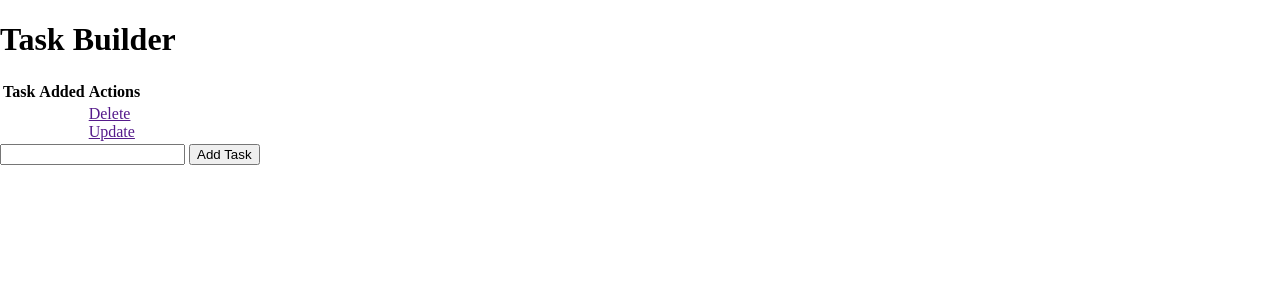
Repository: inno03/flask-test
Page: http://localhost/
The author's editor kept a copy of each file at every save. The page is drawn from the files as they stood at one save, then again after the next save.
The browser window is 1280 px wide. The pictures show the whole page.
The page is served by the project's application, run on Flask 3 (app.py). Queries for data that is not in the repository find no rows.

Above is the page before, as saved 2023-08-11 06:47:00.

After the next save:
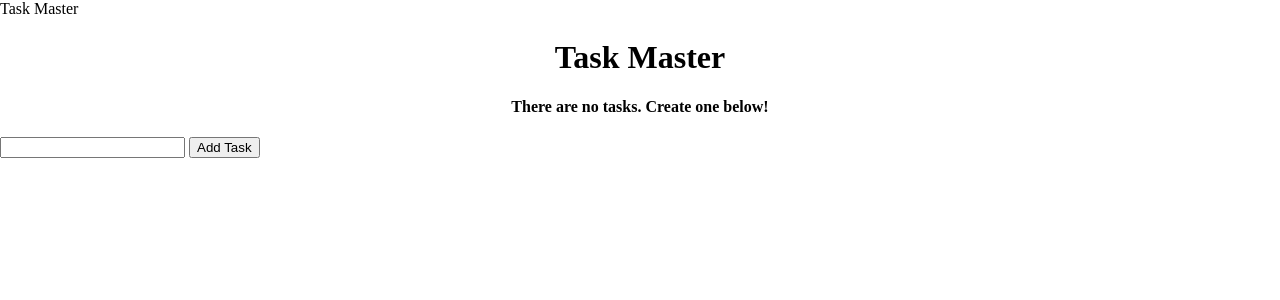
Saved 95 s later.
--- a/templates/index.html
+++ b/templates/index.html
@@ -1,33 +1,40 @@
- {% extends 'base.html' %}
+{% extends 'base.html' %}
 
 {% block head %}
-
+<title>Task Master</title>
 {% endblock %}
 
 {% block body %}
 <div class="content">
-  <h1>Task Builder</h1>
+    <h1 style="text-align: center">Task Master</h1>
+    {% if tasks|length < 1 %}
+    <h4 style="text-align: center">There are no tasks. Create one below!</h4>
+    {% else %}
+    <table>
+        <tr>
+            <th>Task</th>
+            <th>Added</th>
+            <th>Actions</th>
+        </tr>
+        {% for task in tasks %}
+            <tr>
+                <td>{{ task.content }}</td>
+                <td>{{ task.date_created.date() }}</td>
+                <td>
+                    <a href="/delete/{{task.id}}">Delete</a>
+                    <br>
+                    <a href="/update/{{task.id}}">Update</a>
+                </td>
+            </tr>
+        {% endfor %}
+    </table>
+    {% endif %}
 
-  <table>
-    <tr>
-      <th>Task</th>
-      <th>Added</th>
-      <th>Actions</th>
-      </tr>
-      <tr>
-        <td></td>
-        <td></td>
-        <td>
-          <a href="">Delete</a>
-          <br>
-          <a href="">Update</a>
-        </td>
-      </tr>
-      </table>
-      <form action="/" method="POST">
-        <input type="text" name="content" id="content">
-        <input type="submit" value="Add Task">
+    <div class="form">
+        <form action="/" method="POST">
+            <input type="text" name="content" id="content">
+            <input type="submit" value="Add Task">
         </form>
-      </div>
-
+    </div>
+</div>
 {% endblock %}
